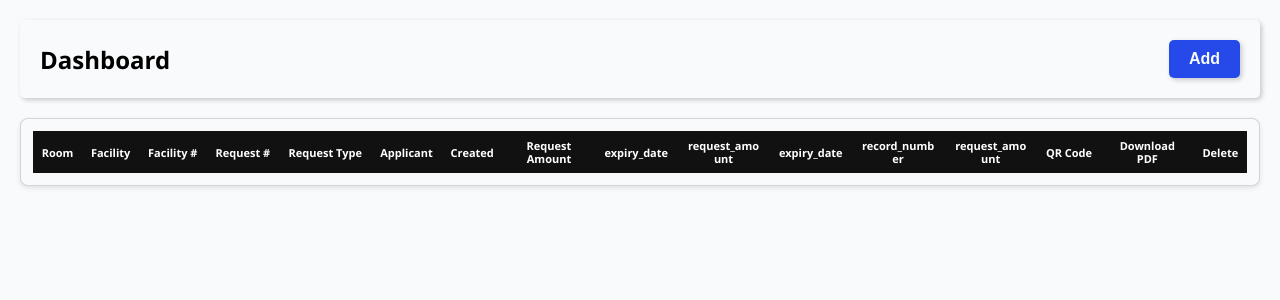
Repository: irfan-shah-sherani/Travel-Tour
Page: public/index.html
An editor plug-in stored every save of this project. The page is shown before and after a run of saves, followed by the edit.
The browser window is 1280 px wide. The pictures show the whole page.
The page's requests for data from a server got no answer.

Above is the page before, as saved 2025-07-11 04:53:53.

After the next 3 saves:
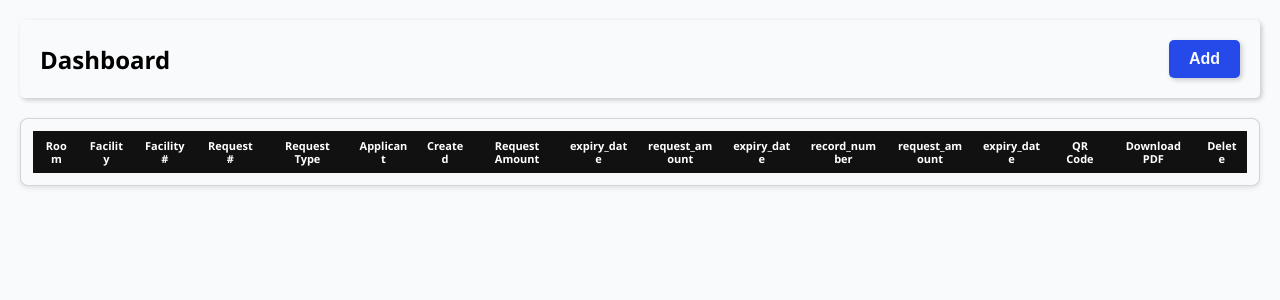
The 3 saves are shown as one change because they came seconds apart.
The last was saved 17 s later.
--- a/public/index.html
+++ b/public/index.html
@@ -47,6 +47,7 @@
           <th>expiry_date</th>
           <th>record_number</th>
           <th>request_amount</th>
+          <th>expiry_date</th>
           <th>QR Code</th>
           <th>Download PDF</th>
           <th>Delete</th>
